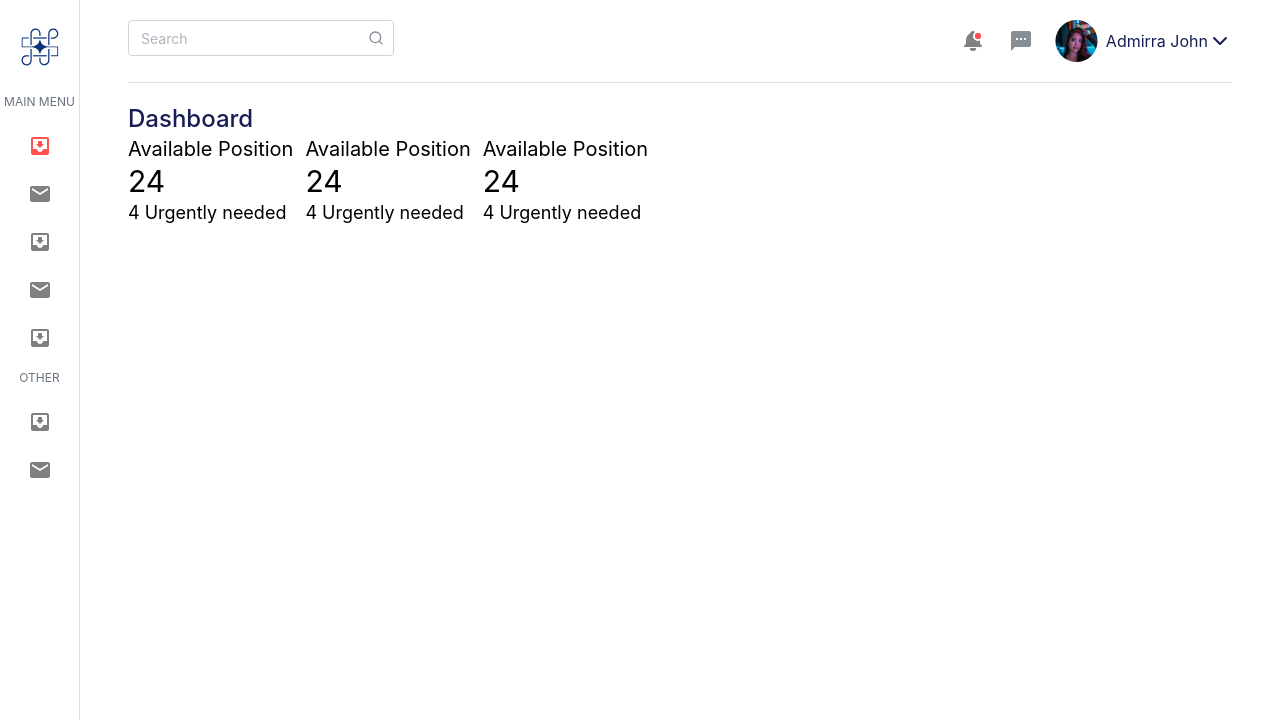
Repository: SatyaDewangan05/sample-dashboard
Page: /
These files come from the project's save history. The page is drawn as it stood at one moment and after the next save; the edit follows.
The browser window is 1280 px wide. The pictures show the whole page.
The project was rebuilt for these pictures with package versions that can differ from the ones it lists, and the page was loaded fresh each time. The framework's server and built-in components were replaced by stand-ins that run in the browser. Also part of the build but not shown: next.config.mjs.

Above is the page before, as saved 2024-09-21 23:25:47.

After the next save:
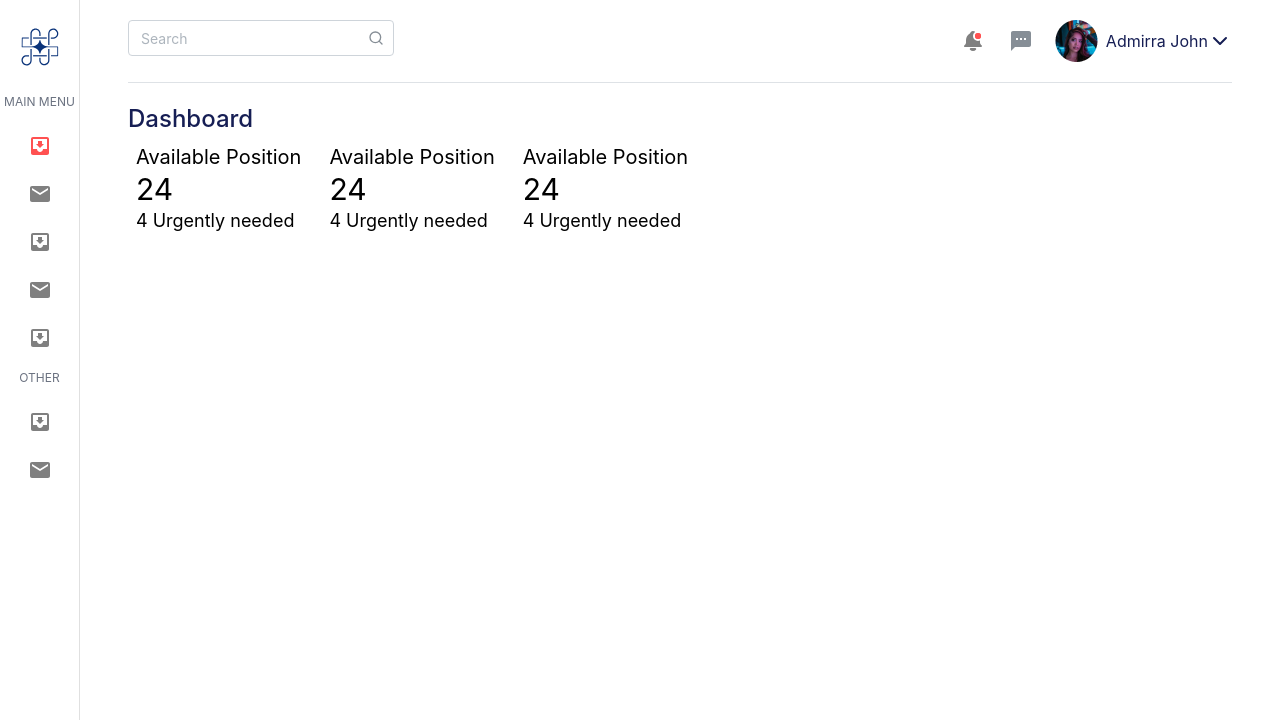
Saved 10 s later.
--- a/src/app/components/card/ThreeData.jsx
+++ b/src/app/components/card/ThreeData.jsx
@@ -1,7 +1,7 @@
 const ThreeData = ({ bgColor, textColor }) => {
   return (
     <div
-      className={`p-2rounded-md bg-${
+      className={`p-2 rounded-md bg-${
         bgColor ? "[" + bgColor + "]" : "gray-100"
       }`}
     >
